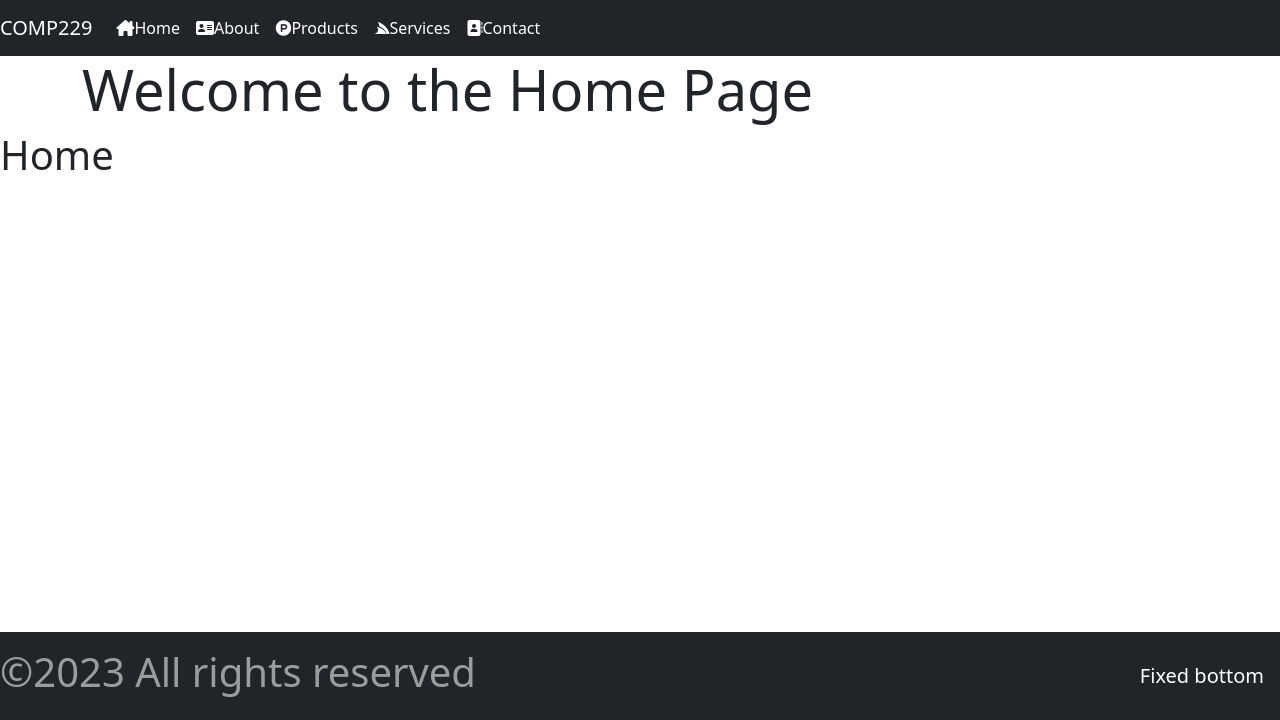
Repository: BlessingAjiboye/WEEK52023W
Page: http://localhost/
These files come from the project's save history. The page is drawn as it stood at one moment and after a run of saves; the edit follows.
The browser window is 1280 px wide. The pictures show the whole page.
The page is served by the project's Node server (server.js). Other server files are loaded and not shown.

Above is the page before, as saved 2023-01-26 11:37:47.

### views/index.ejs
<!DOCTYPE html>
<html lang="en">
<head>
  <meta charset="UTF-8">
  <meta http-equiv="X-UA-Compatible" content="IE=edge">
  <meta name="viewport" content="width=device-width, initial-scale=1.0">
  <title><%= title %></title>
  <!--css section-->
  <link rel="stylesheet" href="/bootstrap/dist/css/bootstrap.min.css"/>
  <link rel="stylesheet" href="/@fortawesome/fontawesome-free/css/all.min.css"/>

  <link rel='stylesheet' href='/Content/app.css' />
</head>
<body>
  <!--Main Nav Navigation-->
  <nav class="navbar navbar-expand-lg navbar-dark bg-dark">
  <!--<div class="container-fluid">-->
    <a class="navbar-brand" href="#">COMP229</a>
    <button class="navbar-toggler" type="button" data-toggle="collapse" data-target="#navbarSupportedContent" aria-controls="navbarSupportedContent" aria-expanded="false" aria-label="Toggle navigation">
      <span class="navbar-toggler-icon"></span>
    </button>
    <div class="collapse navbar-collapse" id="navbarSupportedContent">
      <ul class="navbar-nav ml-auto">
        <% if(title=="Home"){%>
        <li class="nav-item active">
          <%}else{%>
            <li class="nav-item">
              <%}%>
          <a class="nav-link active" aria-current="page" href="/home"><i class="fa-solid fa-house-chimney"></i>Home</a>
        </li>
        <% if(title=="Home"){%>
        <li class="nav-item active">
          <%}else{%>
            <li class="nav-item">
              <%}%>
          <a class="nav-link active" aria-current="page" href="/about"><i class="fa-solid fa-address-card"></i>About</a>
        </li>
        <% if(title=="Home"){%>
        <li class="nav-item active">
           <%}else{%>
            <li class="nav-item">
              <%}%>
          <a class="nav-link active" aria-current="page" href="/products"><i class="fa-brands fa-product-hunt"></i>Products</a>
        </li>
        <% if(title=="Home"){%>
        <li class="nav-item active">
          <%}else{%>
            <li class="nav-item">
              <%}%>
          <a class="nav-link active" aria-current="page" href="/services"><i class="fa-brands fa-servicestack"></i>Services</a>
        </li>
        <% if(title=="Home"){%>
        <li class="nav-item active">
           <%}else{%>
            <li class="nav-item">
              <%}%>
          <a class="nav-link active" aria-current="page" href="/contact"><i class="fa-solid fa-address-book"></i>Contact</a>
        </li>


    <!--</div>-->
  </div>
</nav>
<main class="container">
  <div class="jumbotron">
    <h1 class="display-4">Welcome to the <%= title %> Page</h1>
    </div>
  </main>
  <footer>
    <nav class="navbar fixed-bottom navbar-dark bg-dark">
  <!--<div class="container-fluid">-->
    <h1 class="display-6 navbar-text">&copy;2023 All rights reserved</h1>
    <a class="navbar-brand" href="#">Fixed bottom</a>
  </div>
</nav>
    </footer>
   <h1><%= title %></h1>
   <!--<p>Welcome to <%= title %></p>-->
   <!--Script section-->
   <script src="/jquery/dist/jquery.min.js"></script>
   <script src="/bootstrap/dist/js/bootstrap.min.js"></script>
    <script src="/Scripts/app.js"></script>

</body>
</html>

### server.js
#!/usr/bin/env node

/**
 * Module dependencies.
 */

var app = require('./app');
var debug = require('debug')('week3:server');
var http = require('http');

/**
 * Get port from environment and store in Express.
 */

var port = normalizePort(process.env.PORT || '3000');
app.set('port', port);

/**
 * Create HTTP server.
 */

var server = http.createServer(app);

/**
 * Listen on provided port, on all network interfaces.
 */

server.listen(port);
server.on('error', onError);
server.on('listening', onListening);

/**
 * Normalize a port into a number, string, or false.
 */

function normalizePort(val) {
  var port = parseInt(val, 10);

  if (isNaN(port)) {
    // named pipe
    return val;
  }

  if (port >= 0) {
    // port number
    return port;
  }

  return false;
}

/**
 * Event listener for HTTP server "error" event.
 */

function onError(error) {
  if (error.syscall !== 'listen') {
    throw error;
  }

  var bind = typeof port === 'string'
    ? 'Pipe ' + port
    : 'Port ' + port;

  // handle specific listen errors with friendly messages
  switch (error.code) {
    case 'EACCES':
      console.error(bind + ' requires elevated privileges');
      process.exit(1);
      break;
    case 'EADDRINUSE':
      console.error(bind + ' is already in use');
      process.exit(1);
      break;
    default:
      throw error;
  }
}

/**
 * Event listener for HTTP server "listening" event.
 */

function onListening() {
  var addr = server.address();
  var bind = typeof addr === 'string'
    ? 'pipe ' + addr
    : 'port ' + addr.port;
  debug('Listening on ' + bind);
}

### routes/index.js
var express = require('express');
var router = express.Router();

/* GET home page. */
router.get('/', function(req, res, next) {
  res.render('index', { title: 'Home' });
});

router.get('/about', function(req, res, next) {
  res.render('index', { title: 'About' });
});
router.get('/products', function(req, res, next) {
  res.render('index', { title: 'Products' });
});
router.get('/contact', function(req, res, next) {
  res.render('index', { title: 'Contact' });
});
router.get('/services', function(req, res, next) {
  res.render('index', { title: 'Services' });
});

module.exports = router;

### app.js
let createError = require('http-errors');
let express = require('express');
let path = require('path');
let cookieParser = require('cookie-parser');
let logger = require('morgan');

let indexRouter = require('./routes/index');
let usersRouter = require('./routes/users');

let app = express();

// view engine setup
app.set('views', path.join(__dirname, 'views'));
app.set('view engine', 'ejs');

app.use(logger('dev'));
app.use(express.json());
app.use(express.urlencoded({ extended: false }));
app.use(cookieParser());
app.use(express.static(path.join(__dirname, 'public')));
app.use(express.static(path.join(__dirname, 'node_modules')));

app.use('/', indexRouter);
app.use('/users', usersRouter);

// catch 404 and forward to error handler
app.use(function(req, res, next) {
  next(createError(404));
});

// error handler
app.use(function(err, req, res, next) {
  // set locals, only providing error in development
  res.locals.message = err.message;
  res.locals.error = req.app.get('env') === 'development' ? err : {};

  // render the error page
  res.status(err.status || 500);
  res.render('error');
});

module.exports = app;

### public/Content/app.css

/*Custom css goes here*/

### public/Scripts/app.js
(function () {
    function start() {
        console.log("App Started...");
    }
    window.addEventListener("load", start);
})();

After the next 3 saves:
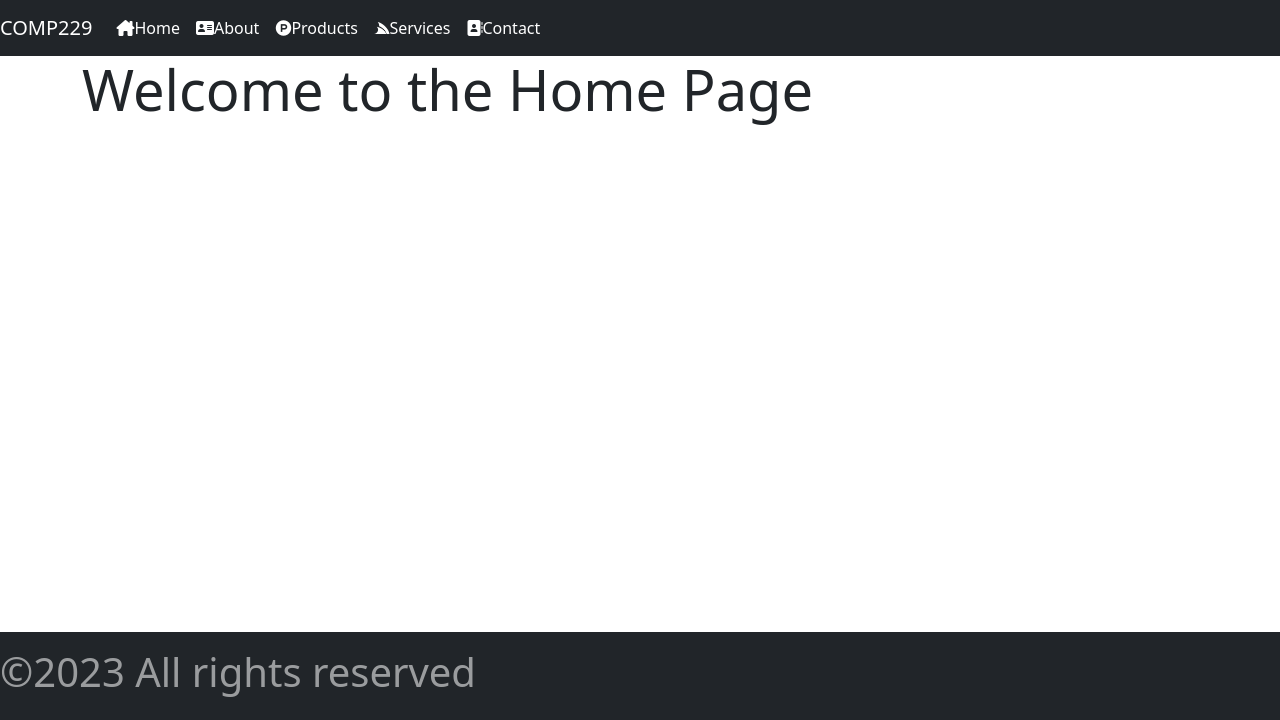
The 3 saves are shown as one change because they came seconds apart.
The last was saved 17 s later.
--- a/views/index.ejs
+++ b/views/index.ejs
@@ -70,7 +70,7 @@
     <nav class="navbar fixed-bottom navbar-dark bg-dark">
   <!--<div class="container-fluid">-->
     <h1 class="display-6 navbar-text">&copy;2023 All rights reserved</h1>
-    <a class="navbar-brand" href="#">Fixed bottom</a>
+    <!--<a class="navbar-brand" href="#">Fixed bottom</a>
   </div>
 </nav>
     </footer>
